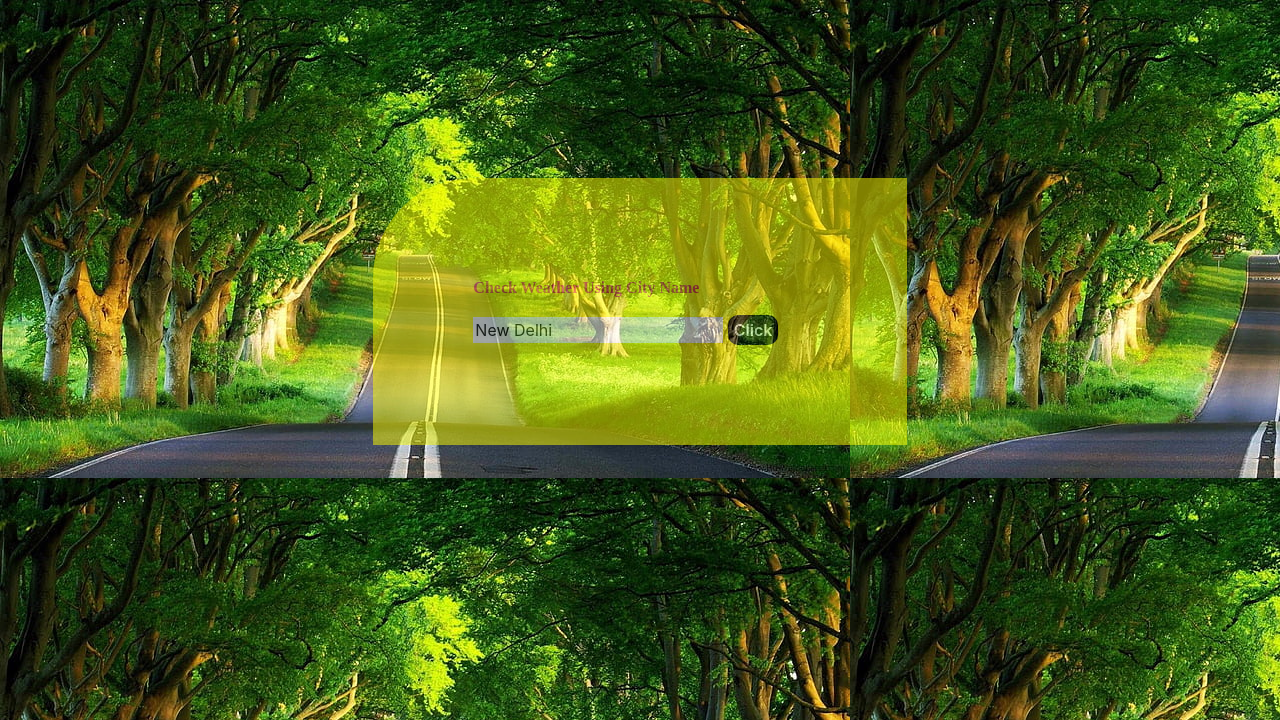
Repository: prashantkumarbind/Hospital-Weather-Concept
Page: http://localhost/weather-app/
An editor plug-in stored every save of this project. The page is shown before and after the next save, followed by the edit.
The browser window is 1280 px wide. The pictures show the whole page.
The page is served by Tomcat 9.

Above is the page before, as saved 2024-01-19 07:49:22.

After the next save:
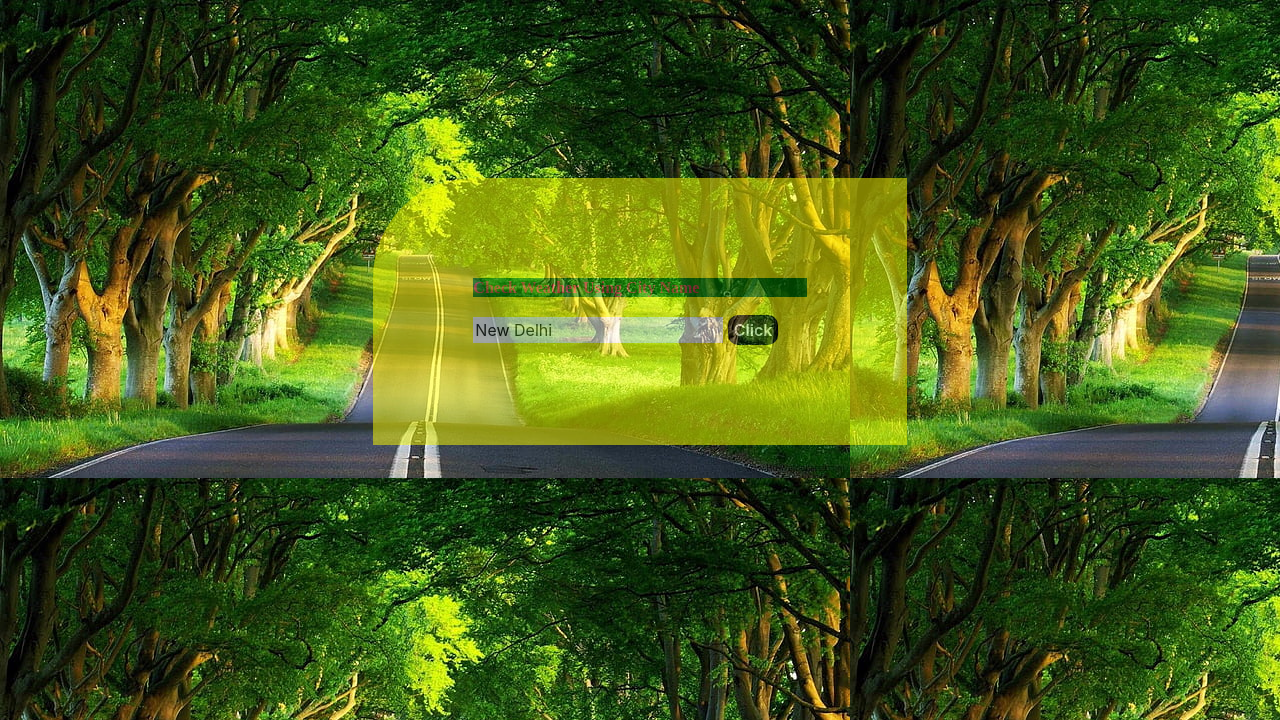
Saved 20 s later.
--- a/weather-app/src/main/webapp/index.jsp
+++ b/weather-app/src/main/webapp/index.jsp
@@ -42,6 +42,7 @@
 	.weather{
 		font-family:elephant;
 		font-weight:800;
+		background-color:green;
 	}
 </style>
 </head>

After the save that followed:
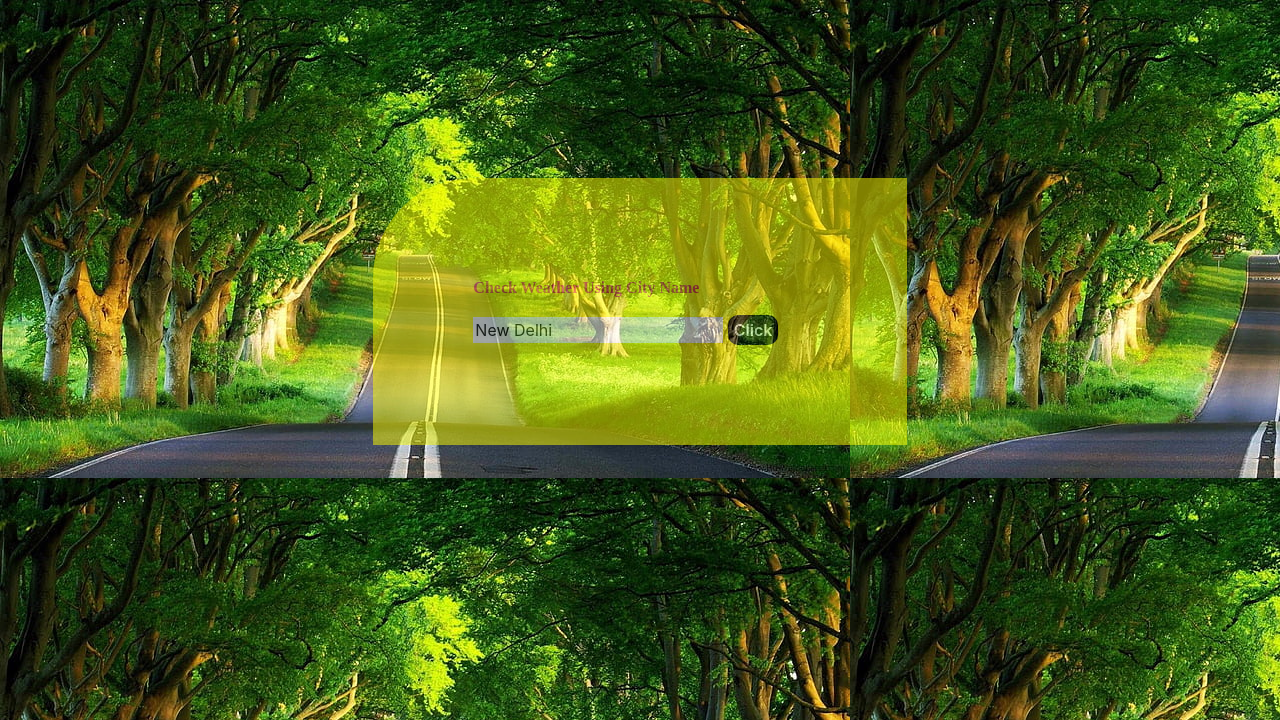
Saved 10 s later.
--- a/weather-app/src/main/webapp/index.jsp
+++ b/weather-app/src/main/webapp/index.jsp
@@ -42,7 +42,7 @@
 	.weather{
 		font-family:elephant;
 		font-weight:800;
-		background-color:green;
+		background-color:yellow;
 	}
 </style>
 </head>
